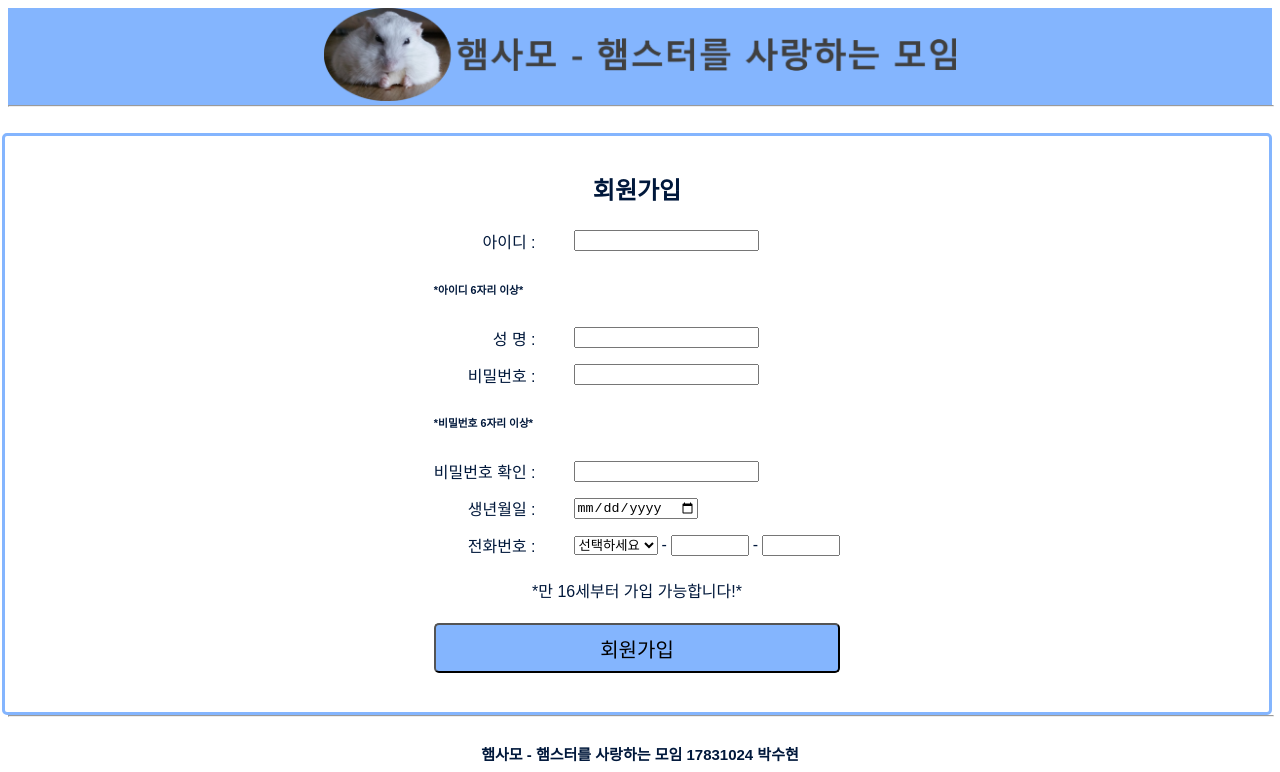
Repository: hyun5292/school
Page: http://localhost/HamSaMo/WEB-INF/views/member/joinForm.jsp
These files come from the project's save history. The page is drawn as it stood at one moment and after the next save; the edit follows.
The browser window is 1280 px wide. The pictures show the whole page.
The page is served by Tomcat 9. Nobody is signed in. The template is opened directly, without the code that normally fills it, so the values that code supplies are empty.

Above is the page before, as saved 2019-12-09 18:12:09.

After the next save:
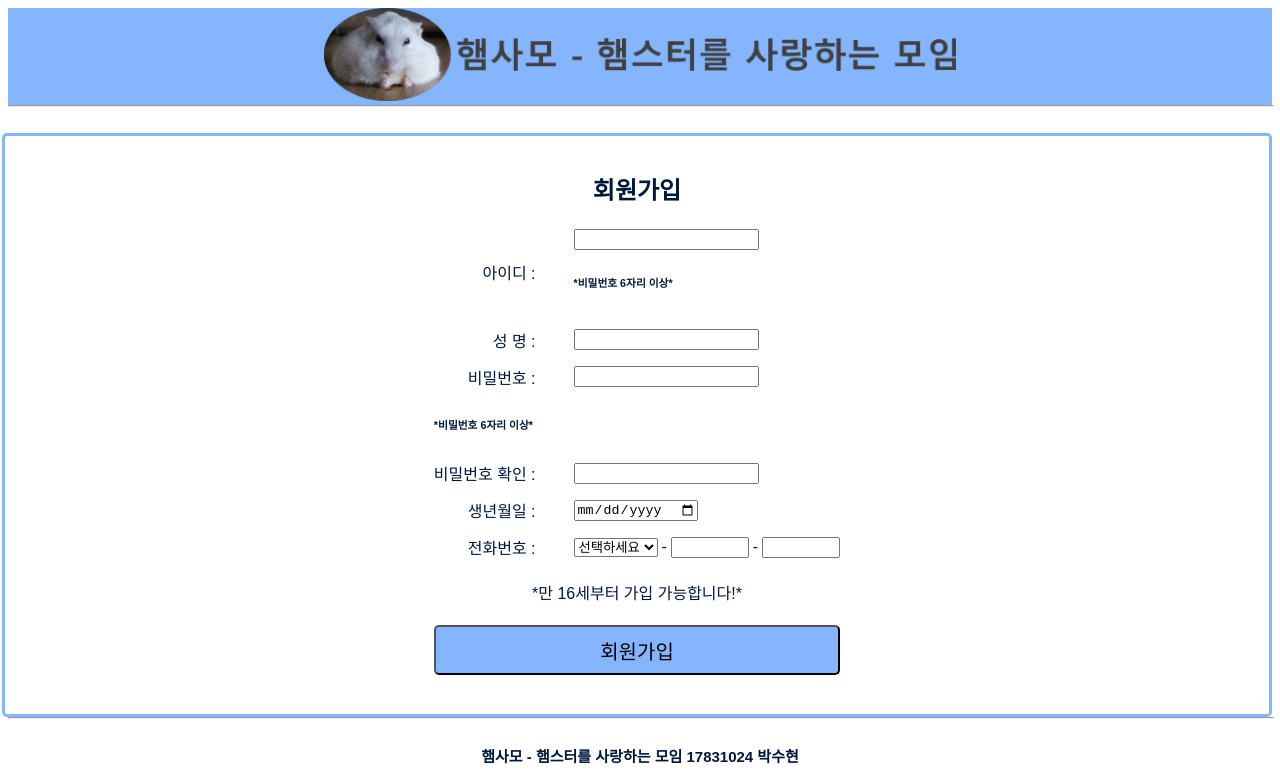
Saved 54 s later.
--- a/spring/HamSaMo/HamSaMo/src/main/webapp/WEB-INF/views/member/joinForm.jsp
+++ b/spring/HamSaMo/HamSaMo/src/main/webapp/WEB-INF/views/member/joinForm.jsp
@@ -123,9 +123,9 @@
 						<tr>
 							<td align="right">아이디 :</td>
 							<td width="30px"></td>
-							<td colspan="5"><input type="text" name="mId"></td>
+							<td colspan="5"><input type="text" name="mId"><h6>*비밀번호 6자리 이상*</h6></td>
 						</tr>
-						<tr><td><h6>*아이디 6자리 이상*</h6></td></tr>
+						<tr><td height="5px"></td></tr>
 						<tr>
 							<td align="right">성 명 :</td>
 							<td width="30px"></td>
@@ -137,7 +137,7 @@
 							<td width="30px"></td>
 							<td colspan="5"><input type="text" name="mPw"></td>
 						</tr>
-						<tr><td><h6>*비밀번호 6자리 이상*</h6></td></tr>
+						<tr><td height="5px"><h6>*비밀번호 6자리 이상*</h6></td></tr>
 						<tr>
 							<td align="right">비밀번호 확인 :</td>
 							<td width="30px"></td>
